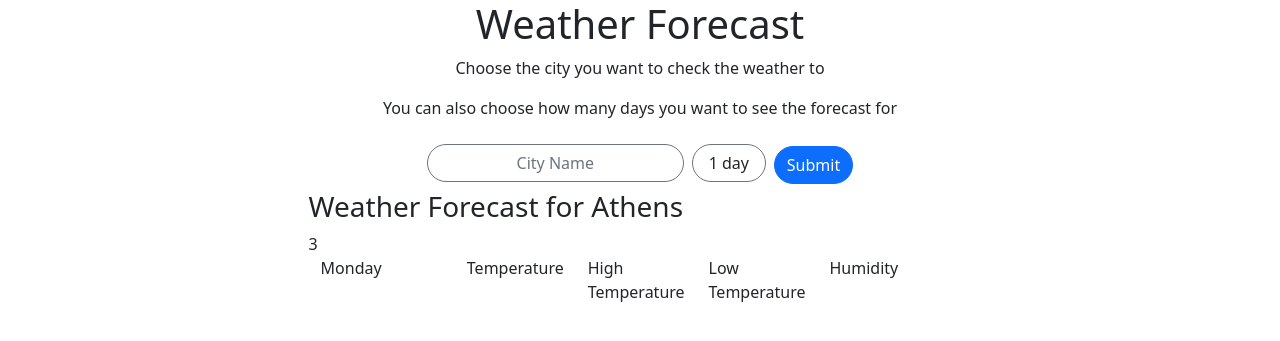
Repository: DimitrisDoxopoulos/my-own-weather-app
Page: /
An editor plug-in stored every save of this project. The page is shown before and after the next save, followed by the edit.
The browser window is 1280 px wide. The pictures show the whole page.
The project was rebuilt for these pictures with package versions that can differ from the ones it lists, and the page was loaded fresh each time.

Above is the page before, as saved 2021-06-03 19:03:17.

### src/App.js
import './App.css';

/*--------------- Importing Components ------------------- */
import Wrapper from './components/Wrapper'
import Header from './components/Header'
import Tagline from './components/Tagline'
import Form from './components/Form'
import WeatherForecast from './components/WeatherForecast';
/*--------------- Importing Components ------------------- */

function App() {
  return (
    <div className="App">
      <Wrapper>
        <Header />
        <Tagline />
        <Form />
        <WeatherForecast />
      </Wrapper>
    </div>
  );
}

export default App;

### src/App.css
.App {
  /* text-align: center; */
}

.App-logo {
  height: 40vmin;
  pointer-events: none;
}

.App-header {
  background-color: #282c34;
  min-height: 100vh;
  display: flex;
  flex-direction: column;
  align-items: center;
  justify-content: center;
  font-size: calc(10px + 2vmin);
  color: white;
}

.App-link {
  color: #61dafb;
}

### src/components/Wrapper.js
import React from 'react';

const Wrapper = (props) => {
    return(
    <div className='container d-flex flex-column justify-content-center align-items-center'>
        { props.children }
    </div>
    )
}

export default Wrapper;

### src/components/Header.js
import React from 'react'

const Header = () => {
    return (
        <div className="">
            <h1 className="">Weather Forecast</h1>
        </div>
    )
}

export default Header

### src/components/Tagline.js
import React from 'react'

const Tagline = () => {
    return (
        <div className="text-center">
            <p>Choose the city you want to check the weather to</p>
            <p>You can also choose how many days you want to see the forecast for</p>
        </div>
    )
}

export default Tagline

### src/components/Form.js
import React from 'react'

const Form = () => {
    return (
        <div>
            <form className="d-flex align-items-center">
                <div className="form-group">
                    <input type="text" className="form-control border-secondary rounded-pill text-center" id="exampleFormControlInput1" placeholder="City Name" />
                </div>
                <div className="form-group d-flex p-2">
                    <select className="form-control border-secondary rounded-pill text-center" id="exampleFormControlSelect1" placeholder="How many days?">
                        <option value="1">1 day</option>
                        <option value="2">2 days</option>
                        <option value="3">3 days</option>
                        <option value="4">4 days</option>
                        <option value="5">5 days</option>
                    </select>
                </div>
                <input className="btn btn-primary mt-1 rounded-pill" type="submit" value="Submit" />
            </form>
        </div>
    )
}

export default Form

### src/components/WeatherForecast.js
import React from 'react'

const WeatherForecast = () => {
    return (
        <div className="">
            <h3 className="h-3">Weather Forecast for Athens</h3>3
            <div className="container">
                <div className="row">
                    <div className="col-sm">
                        <p>Monday</p>
                    </div>
                    <div className="col-sm">
                        <image src="" alt='weather icon' />
                    </div>
                    <div className="col-sm">
                        <p>Temperature</p>
                    </div>
                    <div className="col-sm">
                        <p>High Temperature</p>
                    </div>
                    <div className="col-sm">
                        <p>Low Temperature</p>
                    </div>
                    <div className="col-sm">
                        <p>Humidity</p>
                    </div>
                    <div className="col-sm">
                        <p></p>
                    </div>
                </div>
            </div>

        </div>
    )
}

export default WeatherForecast

Loaded but not shown: public/index.html (common file); src/index.js (common file); src/index.css (common file); src/reportWebVitals.js (common file)

After the next save:
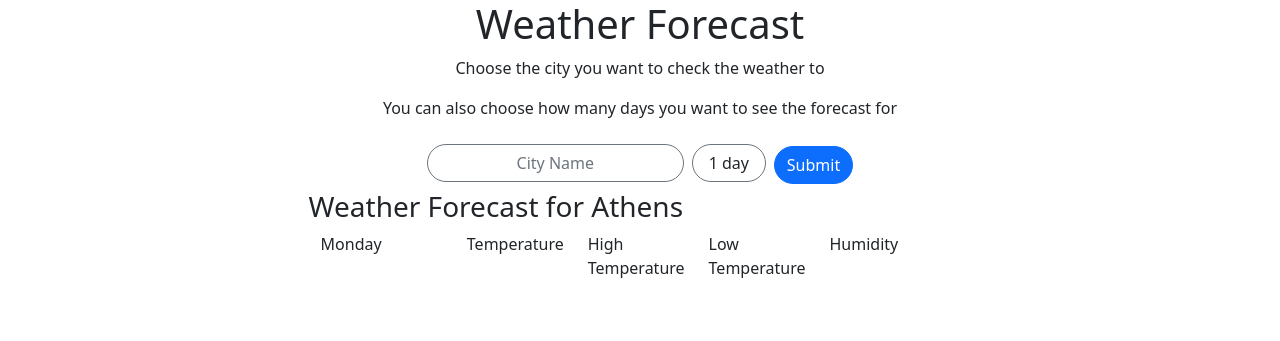
Saved 6 s later.
--- a/src/components/WeatherForecast.js
+++ b/src/components/WeatherForecast.js
@@ -3,7 +3,7 @@ import React from 'react'
 const WeatherForecast = () => {
     return (
         <div className="">
-            <h3 className="h-3">Weather Forecast for Athens</h3>3
+            <h3 className="h-3">Weather Forecast for Athens</h3>
             <div className="container">
                 <div className="row">
                     <div className="col-sm">
